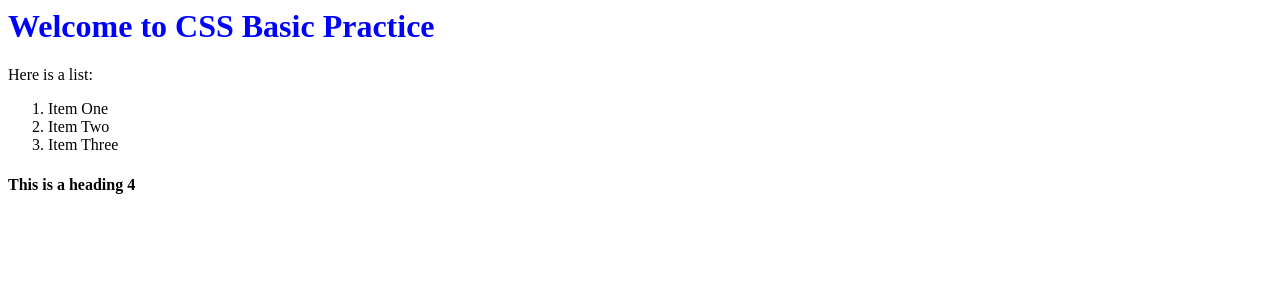
Repository: MonwarAdeeb/Bista_Solutions
Page: HTML & CSS/CSS/Level One/Level_One.html
These files come from the project's save history. The page is drawn as it stood at one moment and after a run of saves; the edit follows.
The browser window is 1280 px wide. The pictures show the whole page.

Above is the page before, as saved 2021-05-19 16:03:10.

After the next 2 saves:
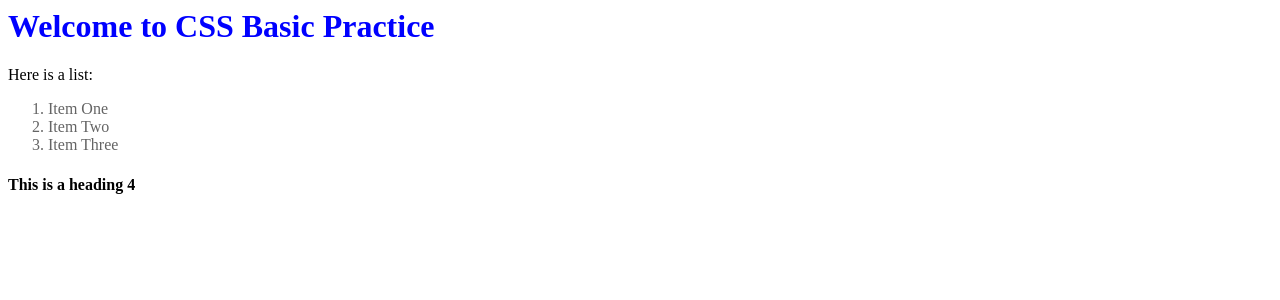
The 2 saves are shown as one change because they came seconds apart.
The last was saved 7 s later.
--- a/HTML & CSS/CSS/Level One/Level_One_CSS.css
+++ b/HTML & CSS/CSS/Level One/Level_One_CSS.css
@@ -8,5 +8,5 @@ h1 {
 }
 
 li {
-  color: rgb(100, green, blue);
+  color: rgb(100, 100, 100);
 }
